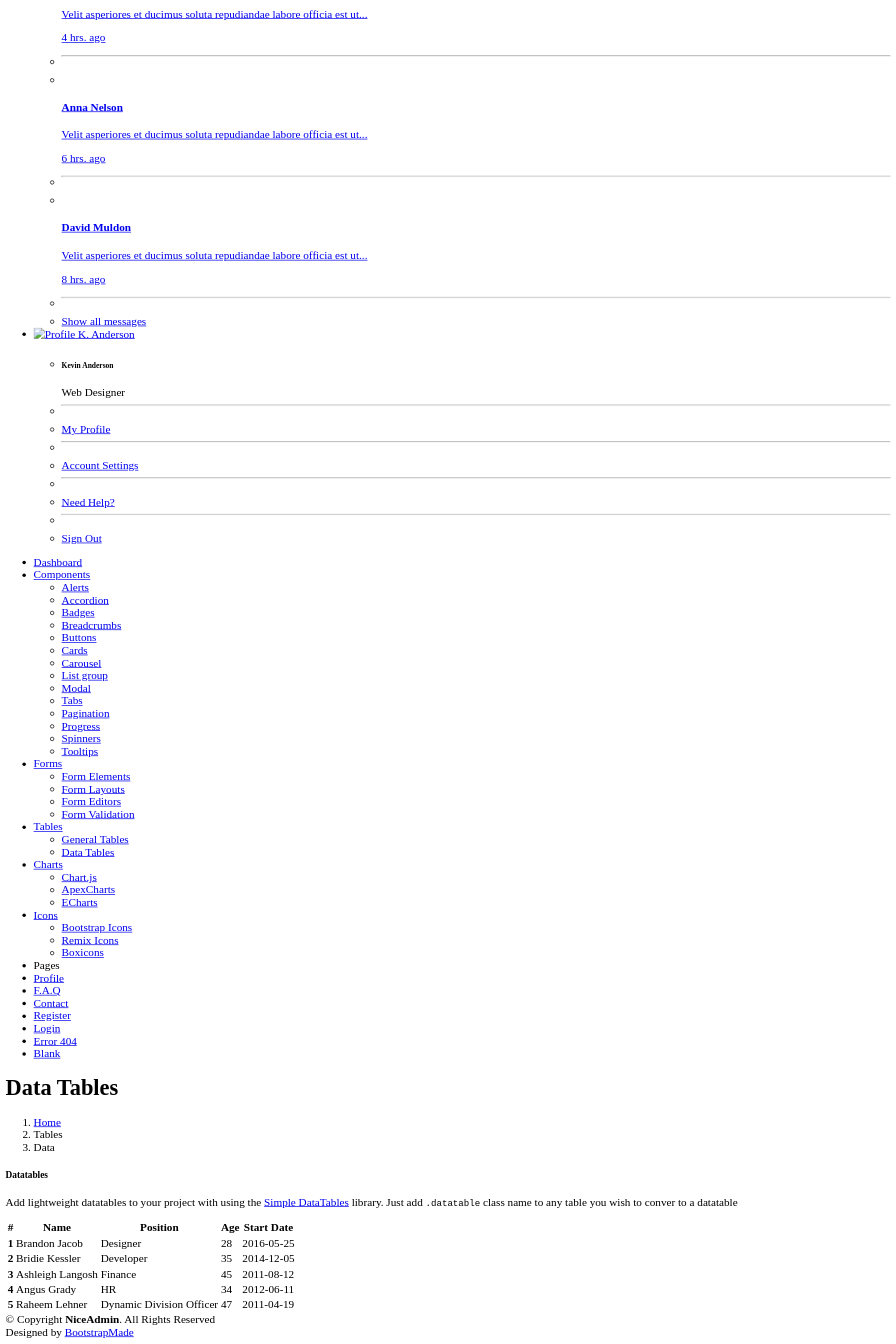
Repository: antsamadagascar/HR-Recruitment
Page: http://localhost/semestre5/application/views/table/annonces_tables.php
These files come from the project's save history. The page is drawn as it stood at one moment and after the next save; the edit follows.
The browser window is 1280 px wide. The pictures show the part of the page from y = 893 to 2813 px (the page is 2813 px tall before and 2601 px after), at 70% of full size.
The page is run by PHP 8.4 with error messages shown; the project is at /var/www/html/. application/core/MY_Config.php is not in the repository; a stand-in opens the database connection.

Above is the page before, as saved 2024-11-13 16:41:20.
Console error: SyntaxError: Unexpected token '<'

After the next save:
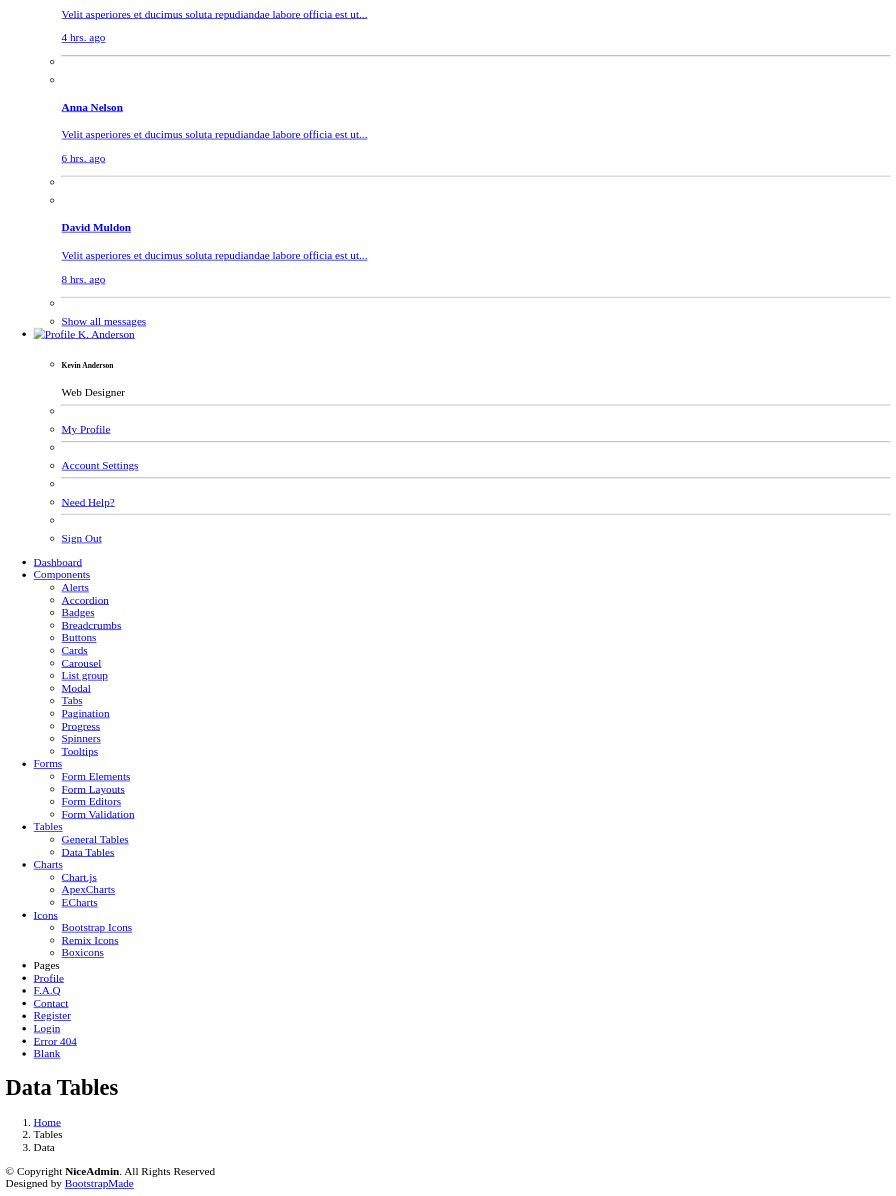
Saved 78 s later.
--- a/application/views/table/annonces_tables.php
+++ b/application/views/table/annonces_tables.php
@@ -518,72 +518,7 @@
       </nav>
     </div><!-- End Page Title -->
 
-    <section class="section">
-      <div class="row">
-        <div class="col-lg-12">
-
-          <div class="card">
-            <div class="card-body">
-              <h5 class="card-title">Datatables</h5>
-              <p>Add lightweight datatables to your project with using the <a href="https://github.com/fiduswriter/Simple-DataTables" target="_blank">Simple DataTables</a> library. Just add <code>.datatable</code> class name to any table you wish to conver to a datatable</p>
-
-              <!-- Table with stripped rows -->
-              <table class="table datatable">
-                <thead>
-                  <tr>
-                    <th scope="col">#</th>
-                    <th scope="col">Name</th>
-                    <th scope="col">Position</th>
-                    <th scope="col">Age</th>
-                    <th scope="col">Start Date</th>
-                  </tr>
-                </thead>
-                <tbody>
-                  <tr>
-                    <th scope="row">1</th>
-                    <td>Brandon Jacob</td>
-                    <td>Designer</td>
-                    <td>28</td>
-                    <td>2016-05-25</td>
-                  </tr>
-                  <tr>
-                    <th scope="row">2</th>
-                    <td>Bridie Kessler</td>
-                    <td>Developer</td>
-                    <td>35</td>
-                    <td>2014-12-05</td>
-                  </tr>
-                  <tr>
-                    <th scope="row">3</th>
-                    <td>Ashleigh Langosh</td>
-                    <td>Finance</td>
-                    <td>45</td>
-                    <td>2011-08-12</td>
-                  </tr>
-                  <tr>
-                    <th scope="row">4</th>
-                    <td>Angus Grady</td>
-                    <td>HR</td>
-                    <td>34</td>
-                    <td>2012-06-11</td>
-                  </tr>
-                  <tr>
-                    <th scope="row">5</th>
-                    <td>Raheem Lehner</td>
-                    <td>Dynamic Division Officer</td>
-                    <td>47</td>
-                    <td>2011-04-19</td>
-                  </tr>
-                </tbody>
-              </table>
-              <!-- End Table with stripped rows -->
-
-            </div>
-          </div>
-
-        </div>
-      </div>
-    </section>
+
 
   </main><!-- End #main -->
 
